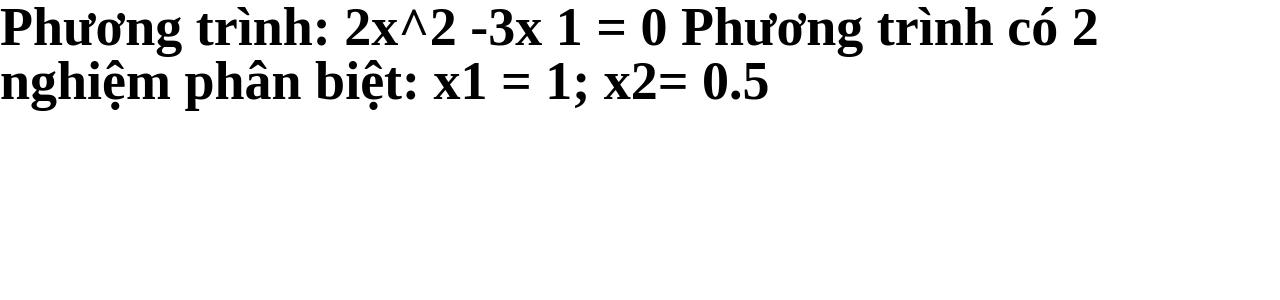
Repository: letrongtinh27/LapTrinhWeb
Page: PhuongTrinhBac2/index.html
These files come from the project's save history. The page is drawn as it stood at one moment and after the next save; the edit follows.
The browser window is 1280 px wide. The pictures show the whole page.

Above is the page before, as saved 2022-10-13 17:35:46.

### PhuongTrinhBac2/index.html
<!DOCTYPE html>
<html lang="en">
<head>
    <meta charset="UTF-8">
    <meta http-equiv="X-UA-Compatible" content="IE=edge">
    <meta name="viewport" content="width=device-width, initial-scale=1.0">
    <title>Document</title>
    <link rel="stylesheet" href="./reset.css">
</head>
<body>
    <script src="./main.js"></script>
</body>
</html>

### PhuongTrinhBac2/reset.css
html, body, div, span, applet, object, iframe,
h1, h2, h3, h4, h5, h6, p, blockquote, pre,
a, abbr, acronym, address, big, cite, code,
del, dfn, em, img, ins, kbd, q, s, samp,
small, strike, strong, sub, sup, tt, var,
b, u, i, center,
dl, dt, dd, ol, ul, li,
fieldset, form, label, legend,
table, caption, tbody, tfoot, thead, tr, th, td,
article, aside, canvas, details, embed,
figure, figcaption, footer, header, hgroup,
menu, nav, output, ruby, section, summary,
time, mark, audio, video {
    margin: 0;
    padding: 0;
    border: 0;
    font-size: 100%;
    font: inherit;
    vertical-align: baseline;
}
/* HTML5 display-role reset for older browsers */
article, aside, details, figcaption, figure,
footer, header, hgroup, menu, nav, section {
    display: block;
}
body {
    line-height: 1;
}
ol, ul {
    list-style: none;
}
blockquote, q {
    quotes: none;
}
blockquote:before, blockquote:after,
q:before, q:after {
    content: '';
    content: none;
}
table {
    border-collapse: collapse;
    border-spacing: 0;
}

body{
    font-size: 54px;
    font-weight: bold;
}

### PhuongTrinhBac2/main.js
function ptb2(a, b, c) {
    var delta = Math.pow(b,2) - 4*a*c;
    if(a == 0) {
        document.write("Không phải phương trình bậc 2")
    } else if(delta < 0) {
        document.write("Phuong trình không có ngiệm")
    } else if (delta == 0) {
        var x = -b/(2*a);
        document.write("Phương trình có nghiệm kép " + x);
    } else if(delta > 0){
        var x1 = (-b+Math.sqrt(delta))/(2*a);
        var x2 = (-b-Math.sqrt(delta))/(2*a);
        document.write("Phương trình có 2 nghiệm phân biệt: " + "x1 = " + x1 + "; x2= " + x2);
    }
}
var a = 2;
var b = -3;
var c = 1;
document.write("Phương trình: " + a+"x^2 " + b+"x " + c + " = 0" +" \t");
ptb2(a, b, c);

After the next save:
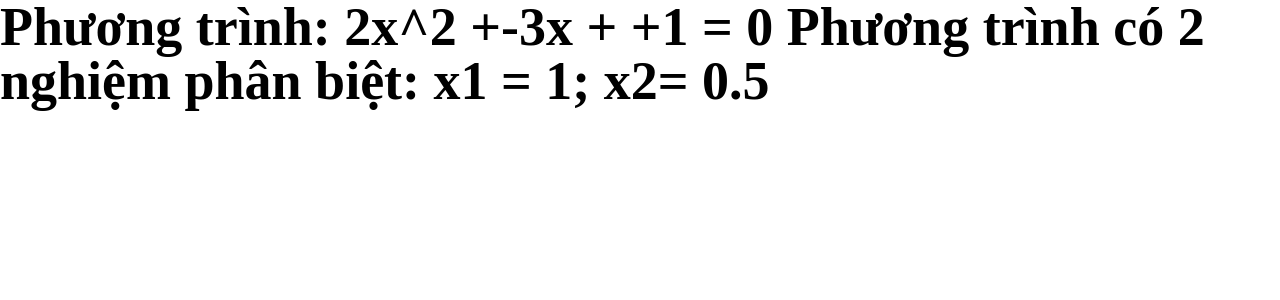
Saved 44 s later.
--- a/PhuongTrinhBac2/main.js
+++ b/PhuongTrinhBac2/main.js
@@ -16,5 +16,5 @@ function ptb2(a, b, c) {
 var a = 2;
 var b = -3;
 var c = 1;
-document.write("Phương trình: " + a+"x^2 " + b+"x " + c + " = 0" +" \t");
+document.write("Phương trình: " + a+"x^2 +" + b+"x +" +" +" + c + " = 0" +" \t");
 ptb2(a, b, c);

After the save that followed:
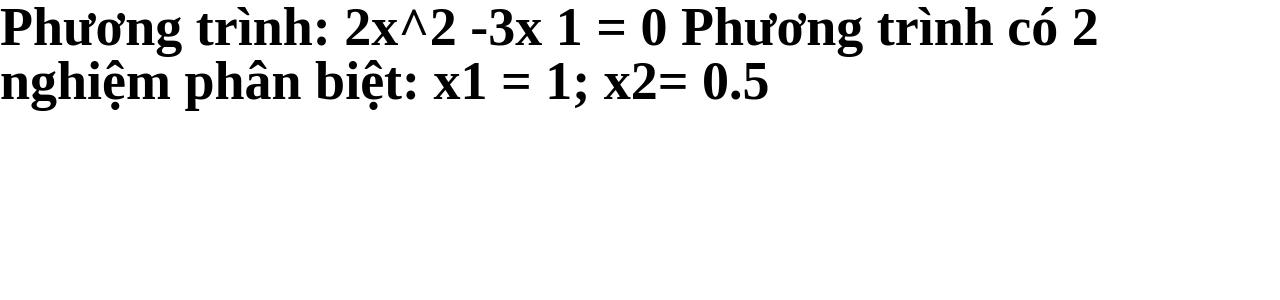
Saved 22 s later.
--- a/PhuongTrinhBac2/main.js
+++ b/PhuongTrinhBac2/main.js
@@ -16,5 +16,5 @@ function ptb2(a, b, c) {
 var a = 2;
 var b = -3;
 var c = 1;
-document.write("Phương trình: " + a+"x^2 +" + b+"x +" +" +" + c + " = 0" +" \t");
+document.write("Phương trình: " + a+"x^2 " + b+"x" +" " + c + " = 0" +" \t");
 ptb2(a, b, c);
